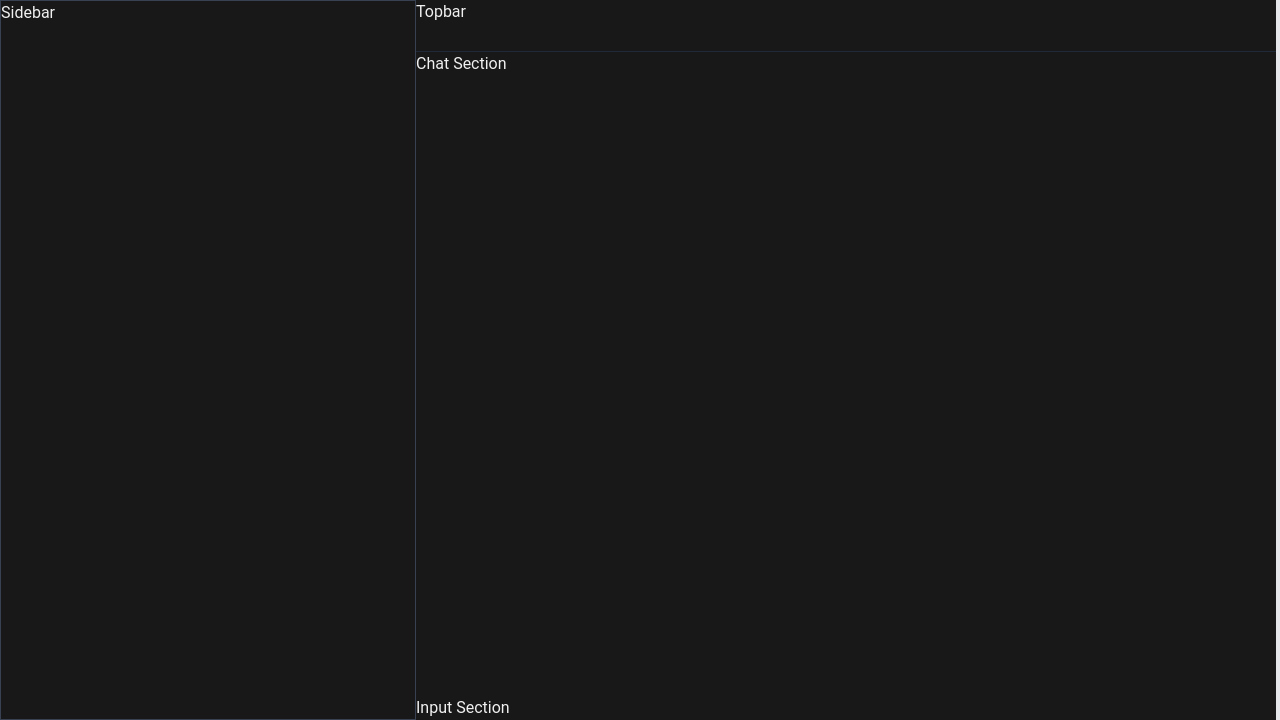
Repository: Qu4ntumGuy/telegram-clone
Page: /
These files come from the project's save history. The page is drawn as it stood at one moment and after the next save; the edit follows.
The browser window is 1280 px wide. The pictures show the whole page.
The project was rebuilt for these pictures with package versions that can differ from the ones it lists, and the page was loaded fresh each time. Also part of the build but not shown: src/Utils/ContextProvider.js.

Above is the page before, as saved 2024-07-15 11:21:30.

### src/index.css
@tailwind base;
@tailwind components;
@tailwind utilities;

:root {
  font-family: "Roboto", sans-serif;
  color-scheme: light;
  body {
    @apply bg-[#181818] text-[#f0f0f0];
  }
}
/*
:root {
  @apply bg-[#181818];
} */

### src/App.js
import { Routes, BowserRouter, Route } from "react-router-dom";
import Sidebar from "./Components/Sidebar";
import Home from "./Pages/Home/Home";

function App() {
  return (
    <div className="flex max-w-[105rem] mx-auto">
      <Sidebar />

      <Home />
    </div>
  );
}

export default App;

### src/Components/Sidebar.js
import React from "react";
import { useComponentContext } from "../Utils/ContextProvider";

function Sidebar() {
  const context = useComponentContext();
  return (
    <div className="min-w-[26rem] border border-gray-700 h-screen">Sidebar</div>
  );
}

export default Sidebar;

### src/Pages/Home/Home.js
import React from "react";
import backgroundImage from "../../Assets/pattern.png";

function Home() {
  const image =
    'https://telegram.org/js/telegram-widget.js?22" data-telegram-post="defaultwallpapers/151" data-width="100%';

  //   const divStyle = {
  //     width: "100%",
  //     height: "100vh", // Adjust the height as needed
  //     backgroundImage: `url(${backgroundImage})`,
  //     backgroundSize: "cover", // Ensures the image covers the entire div
  //     backgroundPosition: "center", // Centers the image
  //   };
  return (
    <div
      className="flex flex-col justify-center bg-contain h-screen border-r-4 w-full "
      style={{ backgroundImage: `url(${image})` }}
    >
      <div className="top-0 mb-auto h-14 border-b border-gray-800">Topbar</div>
      <div className="flex flex-col h-full">
        <div className="top-0">Chat Section</div>
        <div className="bottom-0 mt-auto">Input Section</div>
      </div>
    </div>
  );
}

export default Home;

Loaded but not shown: public/index.html (common file); src/index.js (common file); src/reportWebVitals.js (common file); tailwind.config.js (common file)

After the next save:
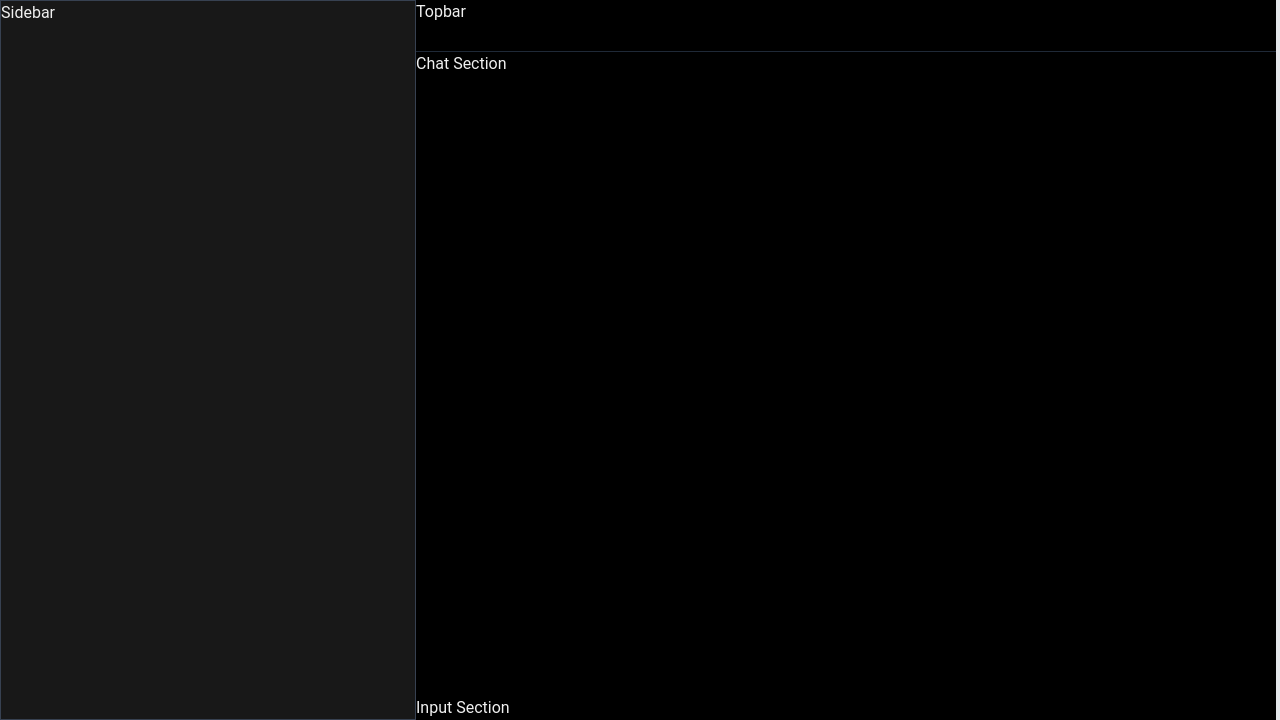
Saved 13 s later.
--- a/src/Pages/Home/Home.js
+++ b/src/Pages/Home/Home.js
@@ -14,7 +14,7 @@
   //   };
   return (
     <div
-      className="flex flex-col justify-center bg-contain h-screen border-r-4 w-full "
+      className="flex flex-col justify-center bg-contain bg-black h-screen border-r-4 w-full "
       style={{ backgroundImage: `url(${image})` }}
     >
       <div className="top-0 mb-auto h-14 border-b border-gray-800">Topbar</div>

After the save that followed:
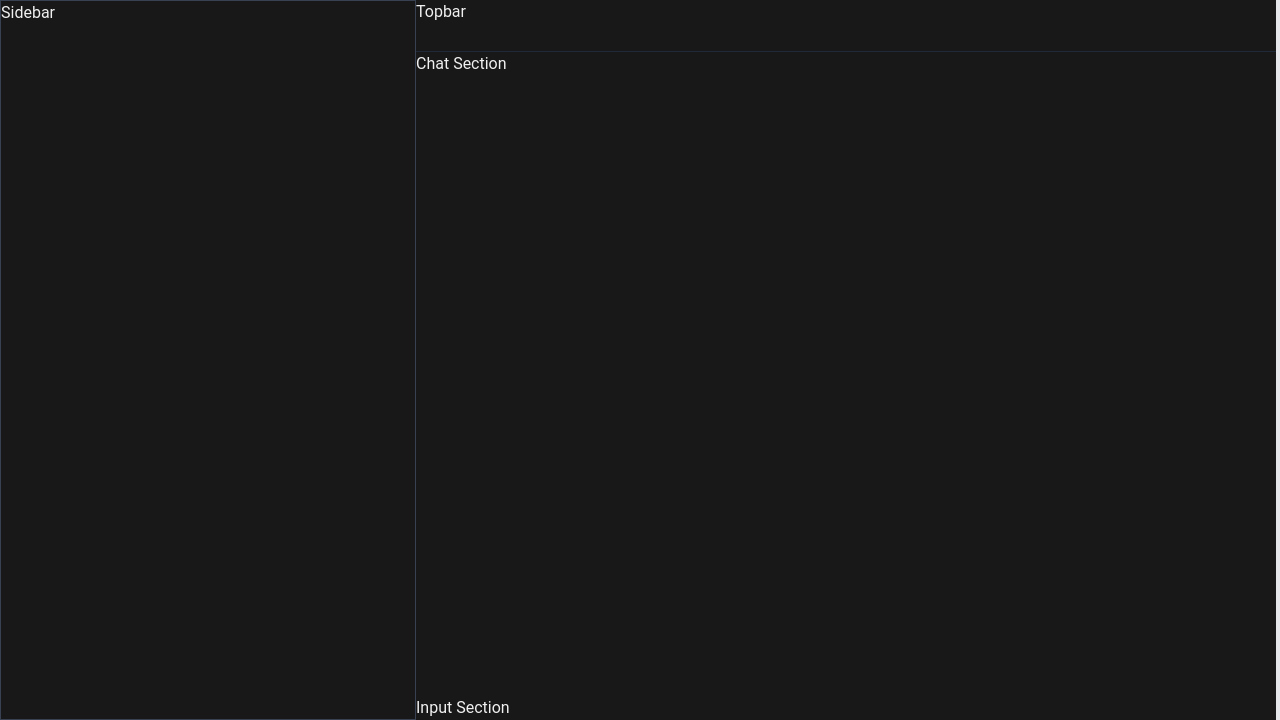
Saved 40 s later.
--- a/src/Pages/Home/Home.js
+++ b/src/Pages/Home/Home.js
@@ -14,7 +14,7 @@
   //   };
   return (
     <div
-      className="flex flex-col justify-center bg-contain bg-black h-screen border-r-4 w-full "
+      className="flex flex-col justify-center bg-contain h-screen border-r-4 w-full "
       style={{ backgroundImage: `url(${image})` }}
     >
       <div className="top-0 mb-auto h-14 border-b border-gray-800">Topbar</div>
